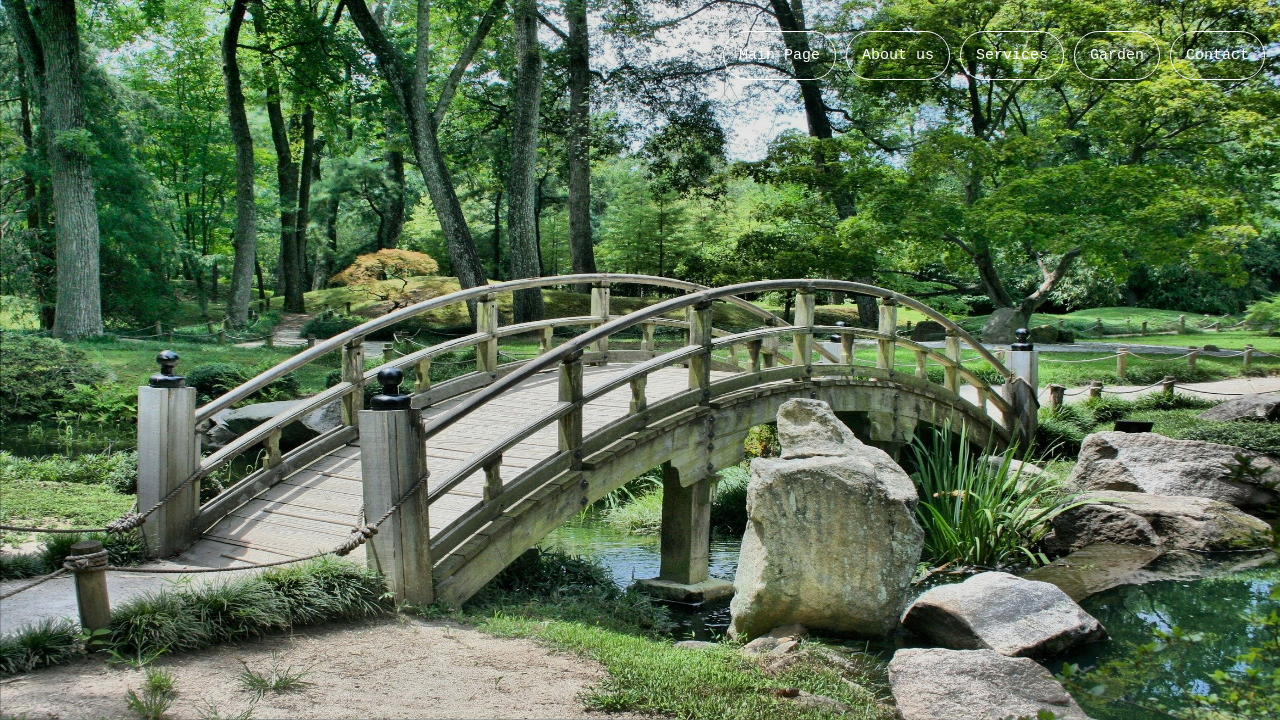
Repository: PatryxB/garden
Page: http://localhost/
These files come from the project's save history. The page is drawn as it stood at one moment and after the next save; the edit follows.
The browser window is 1280 px wide. The pictures show the whole page.
Some web fonts or font styles are not loaded; a fallback is used. The page is served by the project's Laravel application, run on PHP 8.4 with Laravel 8. Other server files are loaded and not shown. Style sheets and scripts are compiled from the project's sources, by tool versions that may differ from the author's.

Above is the page before, as saved 2020-05-01 21:17:09.

### resources/views/welcome.blade.php
<!DOCTYPE html>
<html lang="{{ str_replace('_', '-', app()->getLocale()) }}">
    <head>
        <meta charset="utf-8">
        <meta name="viewport" content="width=device-width, initial-scale=1">

        <title>Garden</title>

        <!-- Fonts -->
        <link href="https://fonts.googleapis.com/css?family=Nunito:200,600" rel="stylesheet">
        <link rel="stylesheet" href="/css/app.css">

    <body>

        <nav>
            <ul>
                <li><a href="">Main Page</a></li>
                <li><a href="">About us</a></li>
                <li><a href="">Services</a></li>
                <li><a href="">Garden</a></li>
                <li><a href="">Contact</a></li>
            </ul>
        </nav>

        <div class="banner">
            <img src="{{url('/img/gardenbanner.jpg')}}" alt="">
        </div>

    </body>
</html>

### resources/sass/app.scss
@import url('https://fonts.googleapis.com/css2?family=Roboto+Mono&display=swap');
html, body{
    box-sizing: border-box;
    margin: 0;
    padding: 0;
    font-family: 'Roboto Mono', monospace;
}
nav{
    width: 100%;
    position: absolute;
    right: 15px;
    top: 15px;
    z-index: 999;
}
nav ul{
    display: flex;
    float: right;
}
nav ul li a{
    text-decoration: none;
    font-size: 15px;
    display: inline-block;
    background-color: transparent;
    color: white;
    border: solid 1px white;
    padding: 15px;
    border-radius: 25px;
    margin-left: 10px;
    cursor:pointer;
    transition: all 0.2s ease-in-out;
}
li{
    list-style: none;
}
.banner img{
    width: 100%;
    height: 100vh;
    position: relative;
    filter: brightness(90%);
}

Loaded but not shown: routes/web.php (common file)

After the next save:
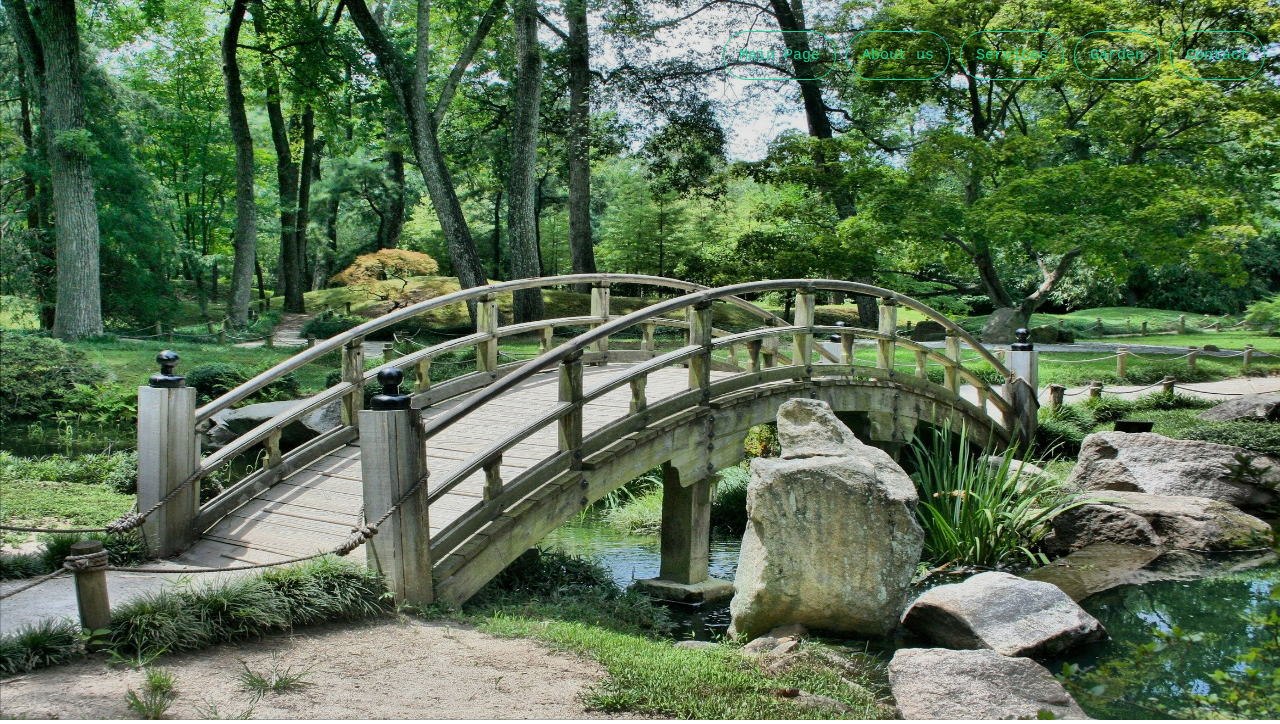
Saved 4 min 26 s later.
--- a/resources/sass/app.scss
+++ b/resources/sass/app.scss
@@ -21,8 +21,8 @@ nav ul li a{
     font-size: 15px;
     display: inline-block;
     background-color: transparent;
-    color: white;
-    border: solid 1px white;
+    color: #1ECD97;
+    border: solid 1px #1ECD97;
     padding: 15px;
     border-radius: 25px;
     margin-left: 10px;
